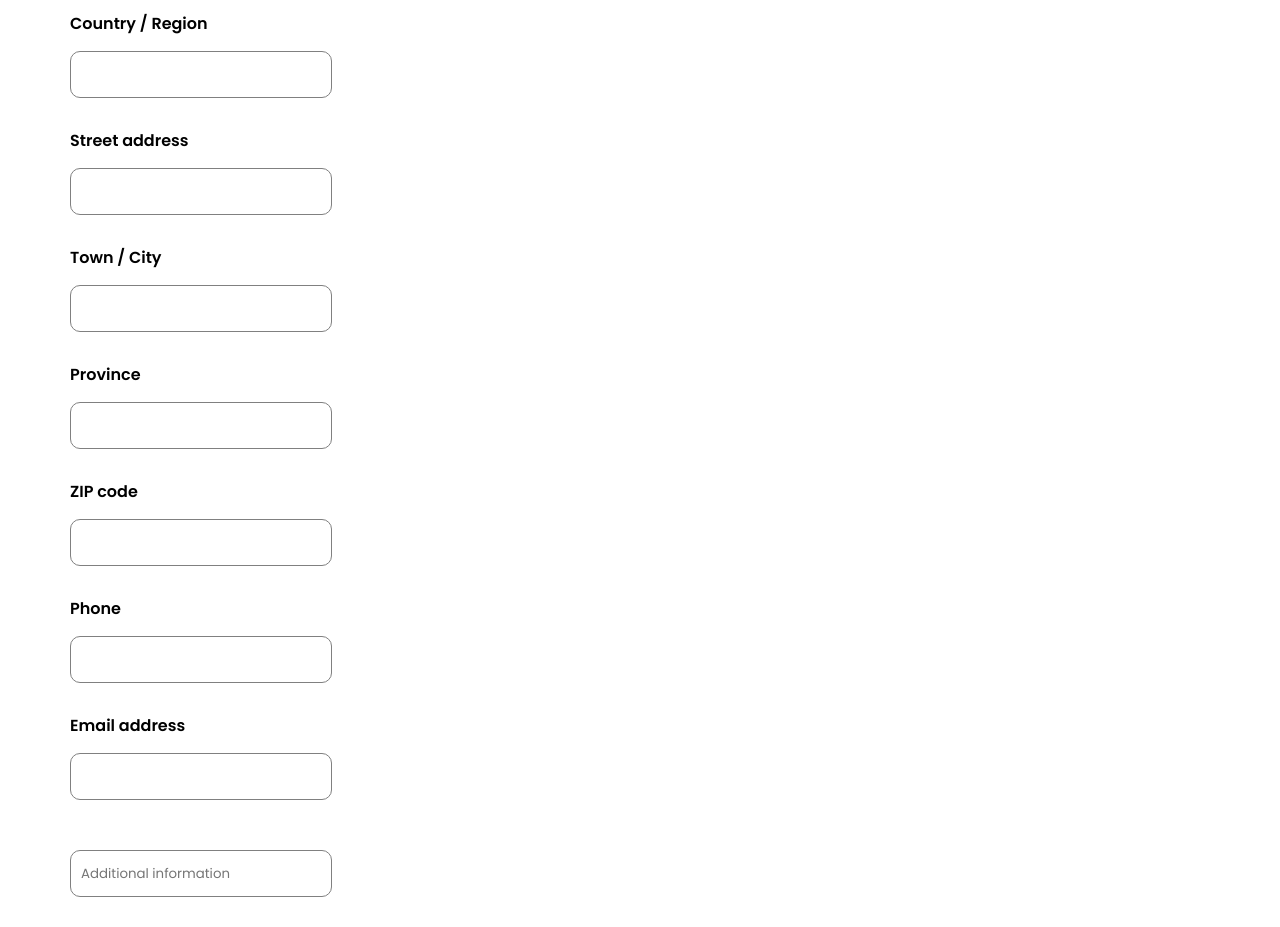
Repository: DT2301/project
Page: checkout.html
The author's editor kept a copy of each file at every save. The page is drawn from the files as they stood at one save, then again after the next save.
The browser window is 1280 px wide. The pictures show the part of the page from y = 694 to 1646 px (the page is 1621 px tall before and 1646 px after).
A picture or video elsewhere on the page could not be fetched, so the positions and the page height are approximate.

Above is the page before, as saved 2024-01-08 09:48:13.

After the next save:
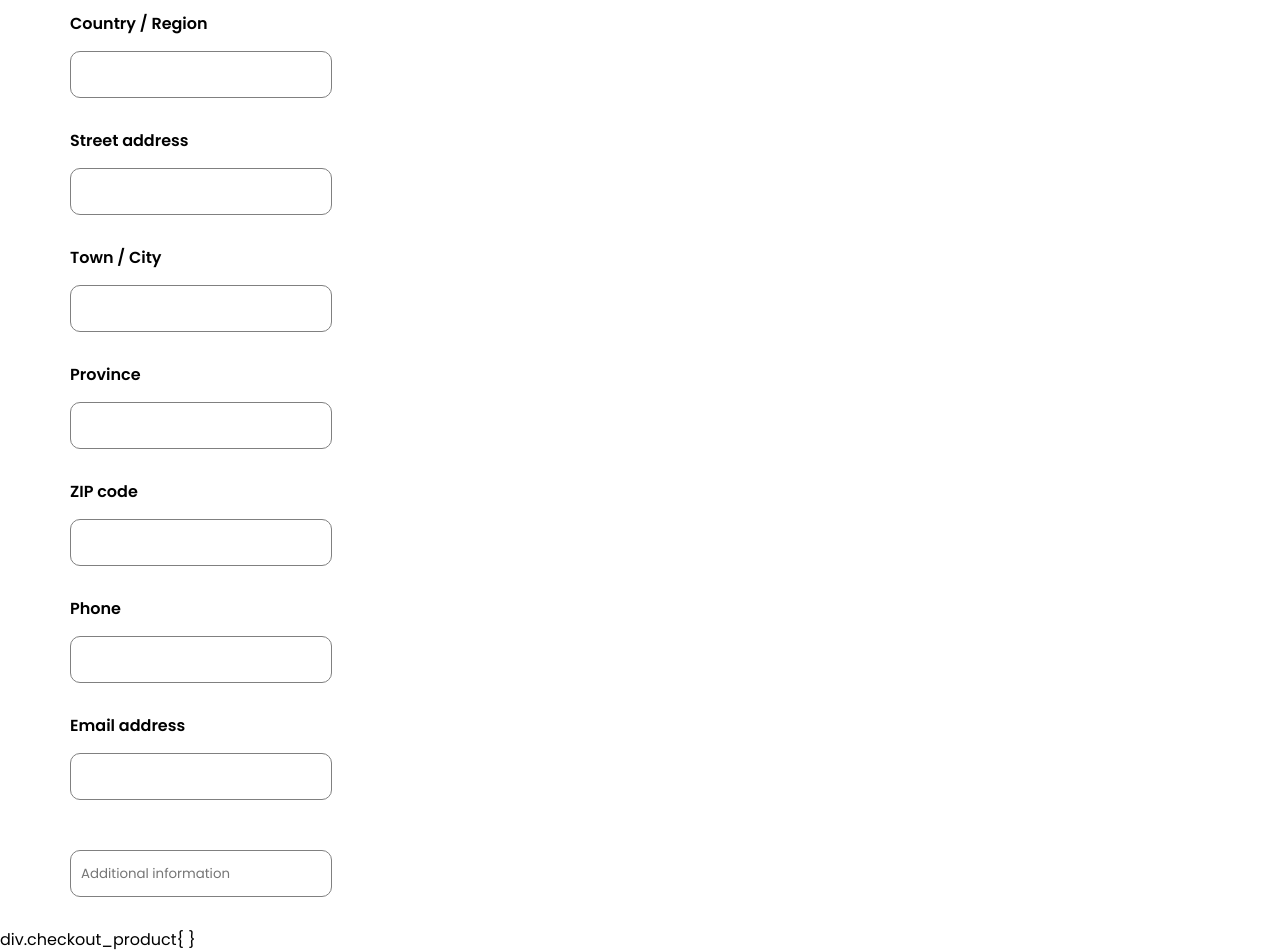
Saved 63 s later.
--- a/checkout.html
+++ b/checkout.html
@@ -126,6 +126,10 @@
                 <input type="text" placeholder="Additional information">
             </div>
         </div>
+
+        div.checkout_product{
+
+        }
     </main>
 </body>
 

After the save that followed:
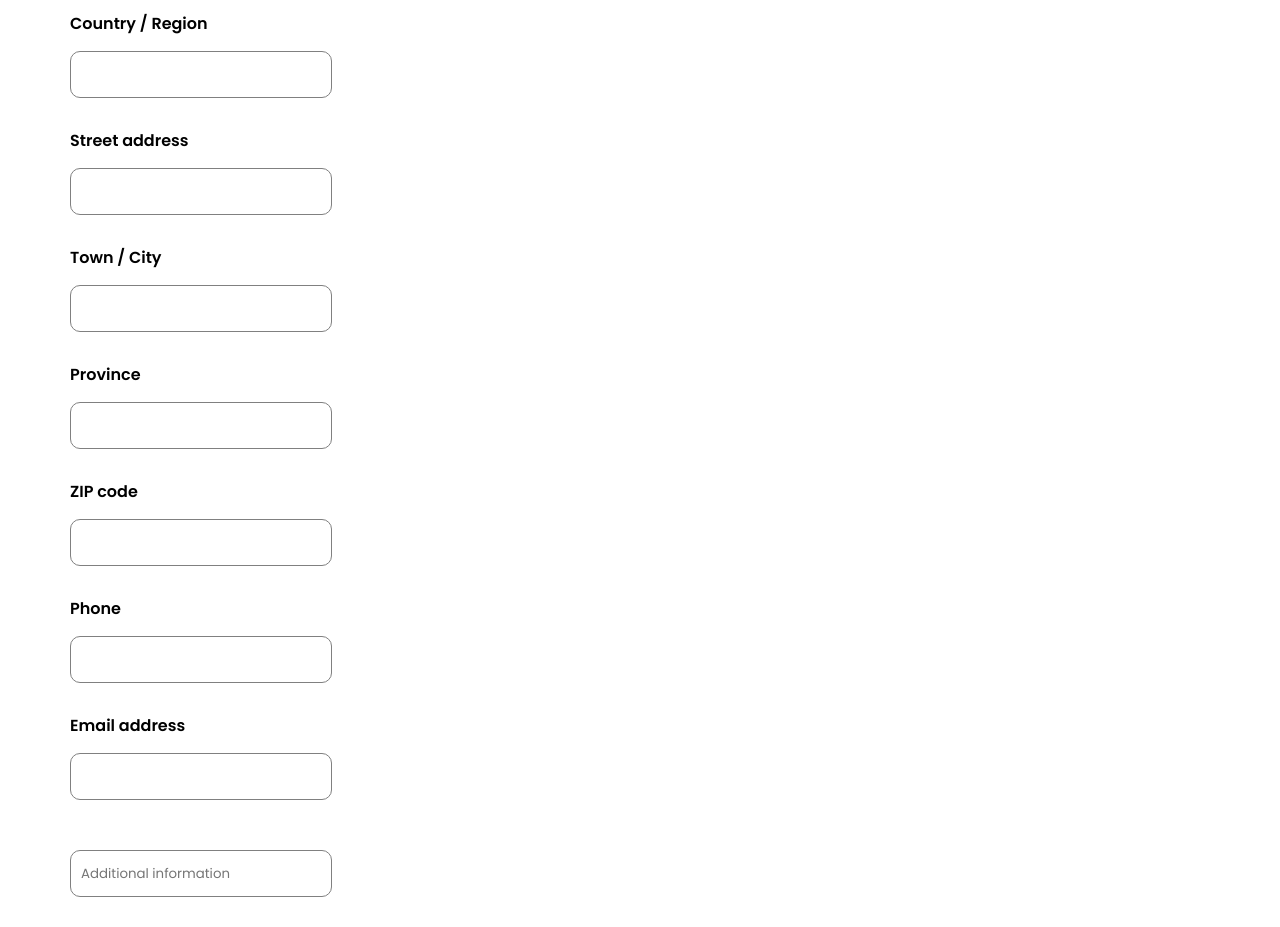
Saved 93 s later.
--- a/checkout.html
+++ b/checkout.html
@@ -127,9 +127,12 @@
             </div>
         </div>
 
-        div.checkout_product{
+        <div class="checkout_product">
+            <div>
 
-        }
+            </div>
+            <div></div>
+        </div>
     </main>
 </body>
 
